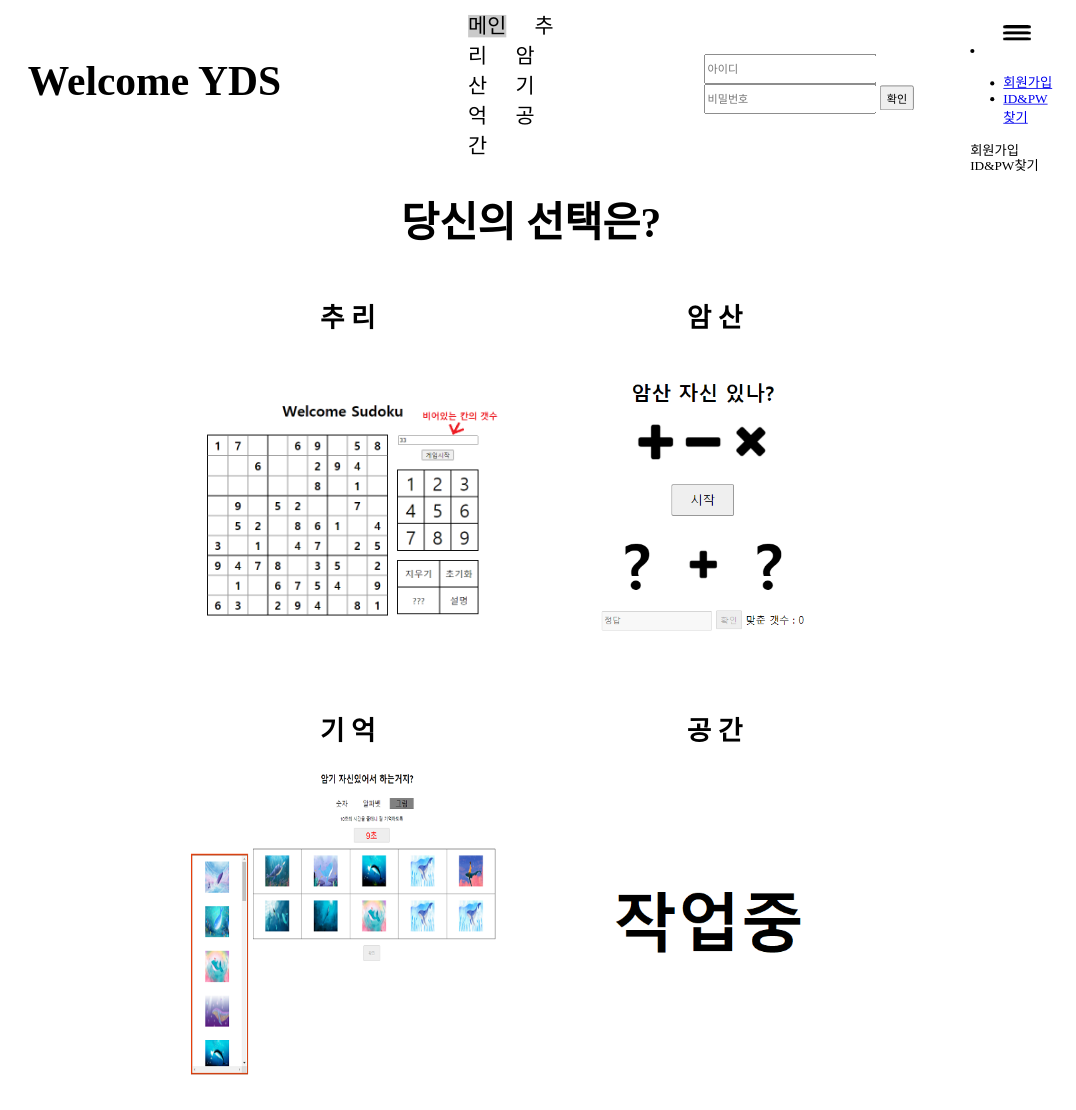
Repository: ejrtn/springbootMaven
Page: deoksu/src/main/resources/static/main.html
An editor plug-in stored every save of this project. The page is shown before and after the next save, followed by the edit.
The browser window is 1280 px wide. The page is 1280 px wide, then 1296 px, then 1280 px, so the pictures cover 1296 px, including what lies to the right of the window. The pictures show the whole page, at 83% of full size.

Above is the page before, as saved 2021-04-10 15:38:29.

### deoksu/src/main/resources/static/main.html
<!DOCTYPE html>
<html>
<head>
<meta charset="UTF-8">
<title>Insert title here</title>
	<style type="text/css">
		img {width: 400px; cursor: pointer;}
	</style>
	<script  src="http://code.jquery.com/jquery-latest.min.js"></script>
	<script type="text/javascript">
		function menu(){

		}
		function join(a){
			if(a==1)
				$("#join").css("background-color","#9e9e9e8c");
			else
				$("#join").css("background-color","");
		}
		function idpw(a){
			if(a==1)
				$("#idpw").css("background-color","#9e9e9e8c");
			else
				$("#idpw").css("background-color","");
		}
	</script>
</head>
<body>
	<div align="center">
		<table>
			<tr>
				<td>
					<h1 align="center" style="font-size: 50px; width: 350px; height:66px; cursor: pointer;" onclick="location.href='/'">Welcome YDS</h1>
				</td>
				<td style="padding-left: 200px; padding-right: 100px;">
					<label style="font-size: 25px; cursor: pointer; background-color: #9e9e9e8c; margin-right: 30px;" onclick="location.href='/'">메인</label>
					<label style="font-size: 25px; cursor: pointer; margin-right: 30px;" onclick="location.href='sudoku'">추리</label>
					<label style="font-size: 25px; cursor: pointer; margin-right: 30px;" onclick="location.href='math'">암산</label>
					<label style="font-size: 25px; cursor: pointer; margin-right: 30px;" onclick="location.href='memorization'">기억</label>
					<label style="font-size: 25px; cursor: pointer; margin-right: 30px;" onclick="location.href='space'">공간</label>
				</td>
				<td style="padding-left: 50px;">
					<input type="text" placeholder="아이디" style="height: 30px; width: 200px;">
					<input type="password" placeholder="비밀번호" style="height: 30px; width: 200px;">
					<input type="button" value="확인" style="height: 30px;">
				</td>
				<td style="padding-left: 50px;">
					<li><img src="images/main_img/menu.png" style="width: 50px; height: 50px; margin-left: 10px;" onclick="menu()">
						<ul>
							<li><a href="#">회원가입</a></li>
							<li><a href="#">ID&PW찾기</a></li>
						</ul>

					<div style="overflow: visible ">
						<label onmouseover="join(1)" onmouseout="join(2)" id="join" style="position: absolute; ">회원가입</label><br>
						<label onmouseover="idpw(1)" onmouseout="idpw(2)" id="idpw" style="position: absolute;">ID&PW찾기</label>
					</div>
					</li>
				</td>
			</tr>
		</table>
	</div>
	<div align="center" style="margin-top: 20px;">
		<h1 align="center"  style="font-size: 50px; width: 400px;">당신의 선택은?</h1>
		<table>
			<tr>
				<td align="center" style="padding-right: 20px;">
					<h1>추 리</h1>
					<img src="images/main_img/sudoku.png" onclick="location.href='sudoku'">
				</td>
				<td align="center" style="padding-left: 20px;">
					<h1>암 산</h1>
					<img src="images/main_img/math.png" onclick="location.href='math'">
				</td>
			</tr>
			<tr>
				<td align="center" style="padding-right: 20px;">
					<h1>기 억</h1>
					<img src="images/main_img/memorization.png" onclick="location.href='memorization'">
				</td>
				<td align="center" style="padding-left: 20px;">
					<h1>공 간</h1>
					<img src="images/main_img/working.png" onclick="location.href='space'">
				</td>
			</tr>
		</table>
	</div>



</body>
</html>

After the next save:
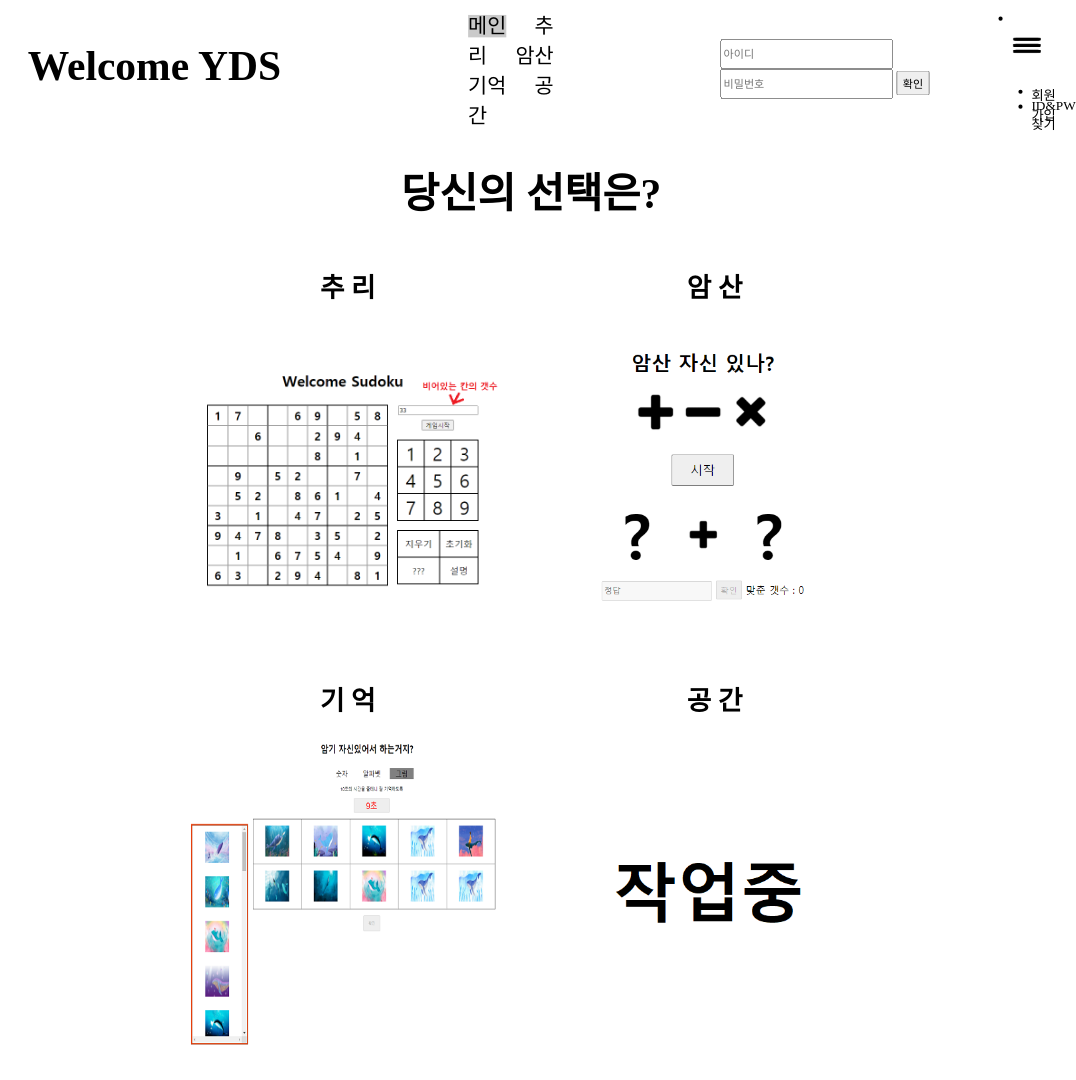
Saved 37 s later.
--- a/deoksu/src/main/resources/static/main.html
+++ b/deoksu/src/main/resources/static/main.html
@@ -47,14 +47,9 @@
 				<td style="padding-left: 50px;">
 					<li><img src="images/main_img/menu.png" style="width: 50px; height: 50px; margin-left: 10px;" onclick="menu()">
 						<ul>
-							<li><a href="#">회원가입</a></li>
-							<li><a href="#">ID&PW찾기</a></li>
+							<li><label onmouseover="join(1)" onmouseout="join(2)" id="join" style="position: absolute; ">회원가입</label></li>
+							<li><label onmouseover="idpw(1)" onmouseout="idpw(2)" id="idpw" style="position: absolute;">ID&PW찾기</label></li>
 						</ul>
-
-					<div style="overflow: visible ">
-						<label onmouseover="join(1)" onmouseout="join(2)" id="join" style="position: absolute; ">회원가입</label><br>
-						<label onmouseover="idpw(1)" onmouseout="idpw(2)" id="idpw" style="position: absolute;">ID&PW찾기</label>
-					</div>
 					</li>
 				</td>
 			</tr>

After the 2 saves that followed:
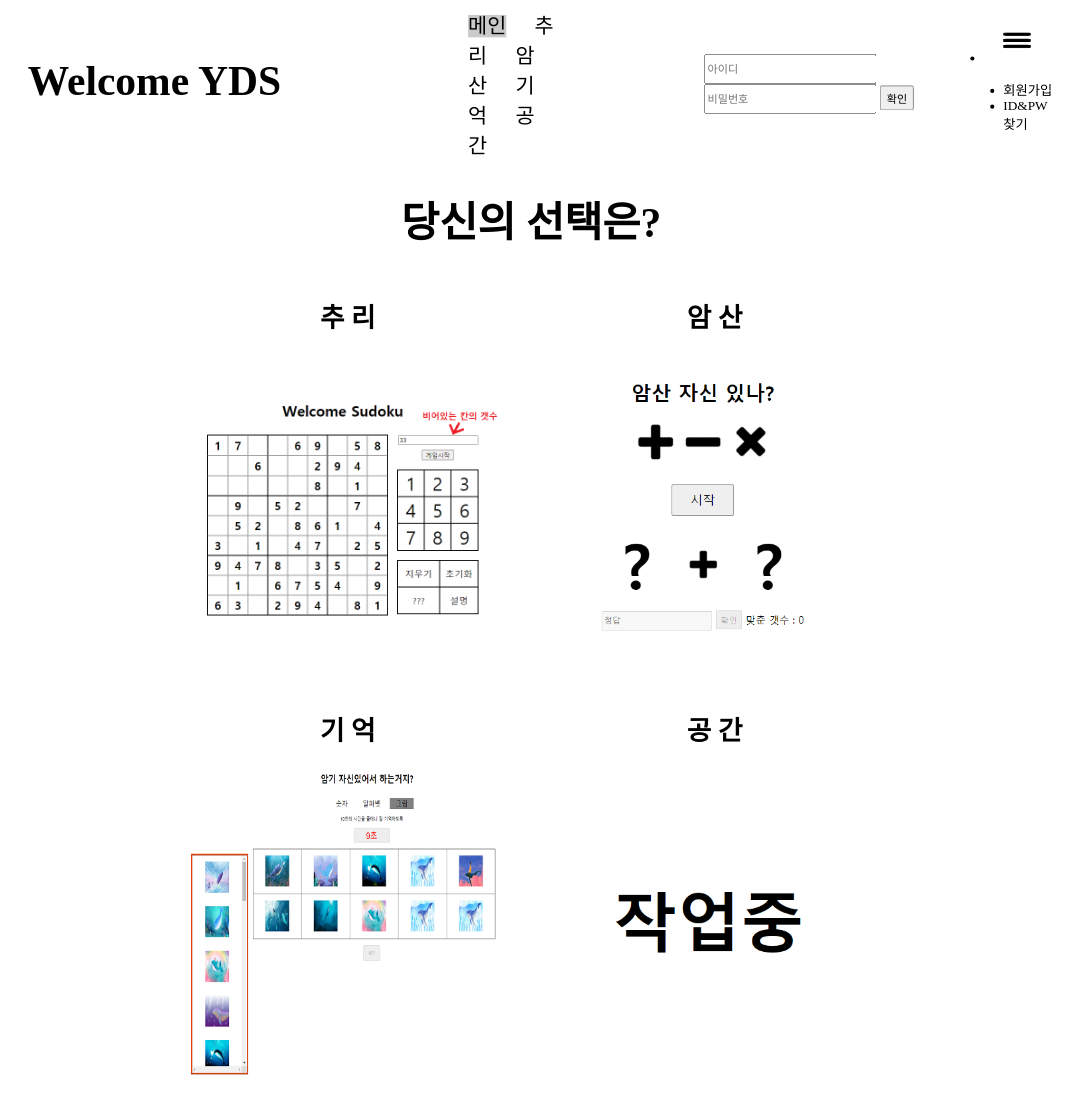
The 2 saves are shown as one change because 1 left the picture as it was.
The last was saved 7 min 27 s later.
--- a/deoksu/src/main/resources/static/main.html
+++ b/deoksu/src/main/resources/static/main.html
@@ -45,10 +45,10 @@
 					<input type="button" value="확인" style="height: 30px;">
 				</td>
 				<td style="padding-left: 50px;">
-					<li><img src="images/main_img/menu.png" style="width: 50px; height: 50px; margin-left: 10px;" onclick="menu()">
+					<li><img src="images/main_img/menu.png" style="width: 50px; height: 50px; margin-left: 10px; list-style: none;" onclick="menu()">
 						<ul>
-							<li><label onmouseover="join(1)" onmouseout="join(2)" id="join" style="position: absolute; ">회원가입</label></li>
-							<li><label onmouseover="idpw(1)" onmouseout="idpw(2)" id="idpw" style="position: absolute;">ID&PW찾기</label></li>
+							<li><label onmouseover="join(1)" onmouseout="join(2)" id="join" style="list-style: none;">회원가입</label></li>
+							<li><label onmouseover="idpw(1)" onmouseout="idpw(2)" id="idpw" style="list-style: none;">ID&PW찾기</label></li>
 						</ul>
 					</li>
 				</td>
